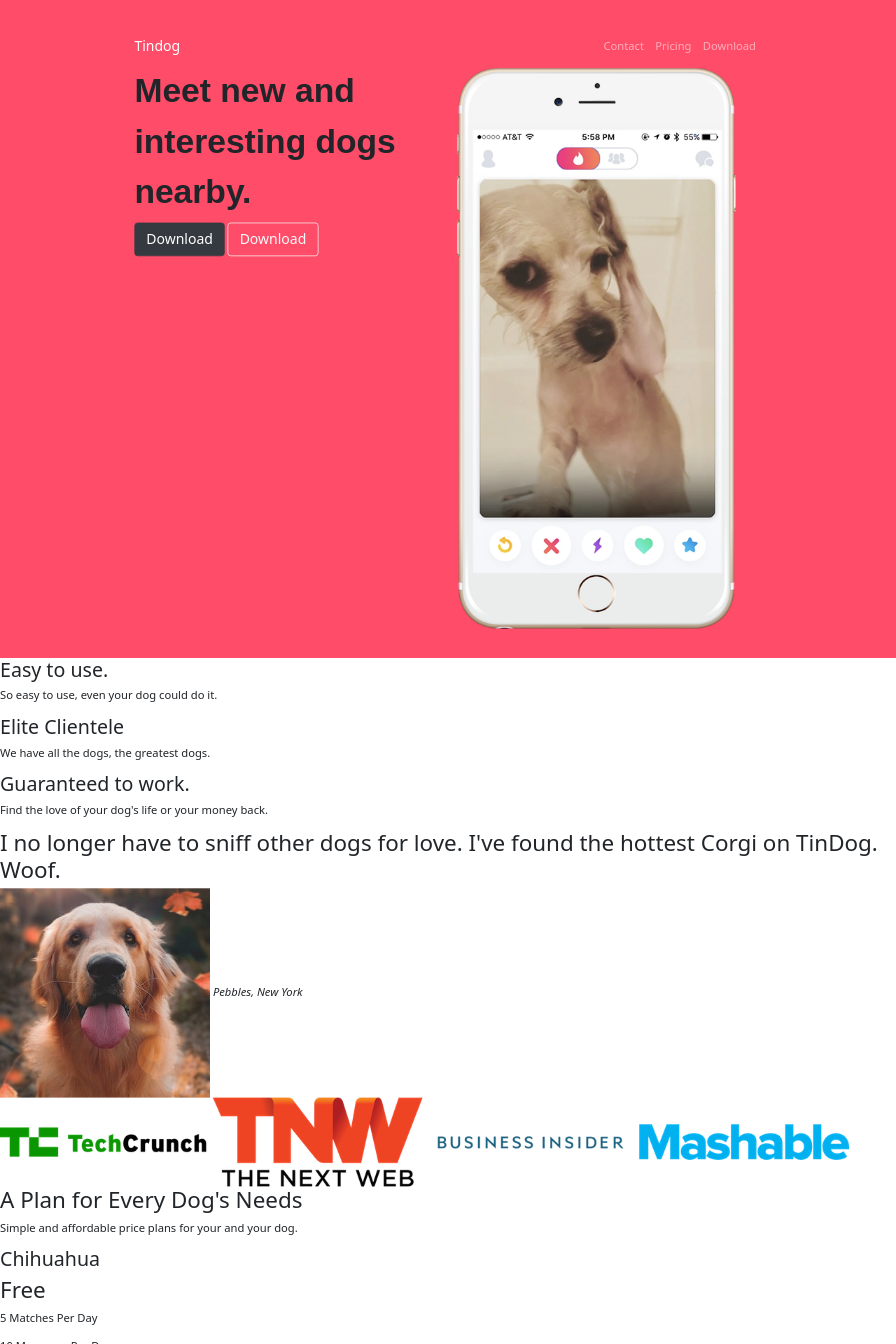
Repository: Mardoqueu/tindog
Page: index.html
An editor plug-in stored every save of this project. The page is shown before and after a run of saves, followed by the edit.
The browser window is 1280 px wide. The pictures show the part of the page from y = 0 to 1920 px (the page is 2647 px tall before and 2671 px after), at 70% of full size.

Above is the page before, as saved 2022-10-17 16:17:13.

### index.html
<!DOCTYPE html>
<html>

<head>
  <meta charset="utf-8">
  <title>TinDog</title>
  <link href="https://fonts.googleapis.com/css2?family=Montserrat&family=Ubuntu&display=swap" rel="stylesheet">
  <link href="https://fonts.googleapis.com/css2?family=Montserrat:wght@400;900&family=Ubuntu&display=swap" rel="stylesheet">
  <link rel="stylesheet" href="css/styles.css">
  <link rel="stylesheet" href="https://stackpath.bootstrapcdn.com/bootstrap/5.0.0-alpha1/css/bootstrap.min.css" integrity="sha384-r4NyP46KrjDleawBgD5tp8Y7UzmLA05oM1iAEQ17CSuDqnUK2+k9luXQOfXJCJ4I" crossorigin="anonymous">


  <script src="https://stackpath.bootstrapcdn.com/bootstrap/5.0.0-alpha1/js/bootstrap.min.js" integrity="sha384-oesi62hOLfzrys4LxRF63OJCXdXDipiYWBnvTl9Y9/TRlw5xlKIEHpNyvvDShgf/" crossorigin="anonymous"></script>
  <script src="https://cdn.jsdelivr.net/npm/popper.js@1.16.0/dist/umd/popper.min.js" integrity="sha384-Q6E9RHvbIyZFJoft+2mJbHaEWldlvI9IOYy5n3zV9zzTtmI3UksdQRVvoxMfooAo" crossorigin="anonymous"></script>
  <link rel="stylesheet" href="css/styles.css">
</head>

<body>
  <section id="title">
    <div class="container-fluid">


    <!-- Nav Bar -->
    <nav class="navbar navbar-expand-lg navbar-dark">
      <a class="navbar-brand" href="">Tindog</a>
       <button class="navbar-toggler" type="button" data-toggle="collapse" data-target="#navbarSupportedContent" aria-controls="navbarSupportedContent" aria-expanded="false" aria-label="Toggle navigation">
      <span class="navbar-toggler-icon"></span>
    </button>
    <div class="collapse navbar-collapse" id="navbarSupportedContent">
      <ul class="navbar-nav ml-auto">
          <li class="nav-item">
              <a class="nav-link" href="">Contact</a>
          </li>
          <li class="nav-item">
              <a class="nav-link" href="">Pricing</a>
          </li>
          <li class="nav-item">
              <a class="nav-link" href="">Download</a>
          </li>
      </ul>
   </div>
  </nav>


    <!-- Title -->

    <div class="row">

      <div class="col-lg-6">
        <h1>Meet new and interesting dogs nearby.</h1>
        <button type="button" class="btn btn-dark btn-lg"> <i class="fa-brands fa-apple"></i> Download</button>
        <button type="button" class="btn btn-outline-light btn-lg" >Download</button>
      </div>
      <div class="col-lg-6">
        <img src="images/iphone6.png" alt="iphone-mockup">
      </div>
    </div>
  </div>

  </section>


  <!-- Features -->

  <section id="features">

    <h3>Easy to use.</h3>
    <p>So easy to use, even your dog could do it.</p>

    <h3>Elite Clientele</h3>
    <p>We have all the dogs, the greatest dogs.</p>

    <h3>Guaranteed to work.</h3>
    <p>Find the love of your dog's life or your money back.</p>

  </section>


  <!-- Testimonials -->

  <section id="testimonials">

    <h2>I no longer have to sniff other dogs for love. I've found the hottest Corgi on TinDog. Woof.</h2>
    <img src="images/dog-img.jpg" alt="dog-profile">
    <em>Pebbles, New York</em>

    <!-- <h2 class="testimonial-text">My dog used to be so lonely, but with TinDog's help, they've found the love of their life. I think.</h2>
    <img class="testimonial-image" src="images/lady-img.jpg" alt="lady-profile">
    <em>Beverly, Illinois</em> -->

  </section>


  <!-- Press -->

  <section id="press">
    <img src="images/techcrunch.png" alt="tc-logo">
    <img src="images/tnw.png" alt="tnw-logo">
    <img src="images/bizinsider.png" alt="biz-insider-logo">
    <img src="images/mashable.png" alt="mashable-logo">

  </section>


  <!-- Pricing -->

  <section id="pricing">

    <h2>A Plan for Every Dog's Needs</h2>
    <p>Simple and affordable price plans for your and your dog.</p>


    <h3>Chihuahua</h3>
    <h2>Free</h2>
    <p>5 Matches Per Day</p>
    <p>10 Messages Per Day</p>
    <p>Unlimited App Usage</p>
    <button type="button">Sign Up</button>


    <h3>Labrador</h3>
    <h2>$49 / mo</h2>
    <p>Unlimited Matches</p>
    <p>Unlimited Messages</p>
    <p>Unlimited App Usage</p>
    <button type="button">Sign Up</button>


    <h3>Mastiff</h3>
    <h2>$99 / mo</h2>
    <p>Pirority Listing</p>
    <p>Unlimited Matches</p>
    <p>Unlimited Messages</p>
    <p>Unlimited App Usage</p>
    <button type="button">Sign Up</button>

  </section>


  <!-- Call to Action -->

  <section id="cta">

    <h3>Find the True Love of Your Dog's Life Today.</h3>
    <button type="button">Download</button>
    <button type="button">Download</button>

  </section>


  <!-- Footer -->

  <footer id="footer">

    <p>© Copyright TinDog</p>

  </footer>


</body>

</html>

### css/styles.css
#title{
    background-color: #ff4c68;
}
.container-fluid{
    padding: 3% 15%;

}

h1 {
    font-family: 'Montserrat-Black', sans-serif;
    font-size: 3rem;
    line-height: 1.5;
    font-weight: 900;
}

After the next 5 saves:
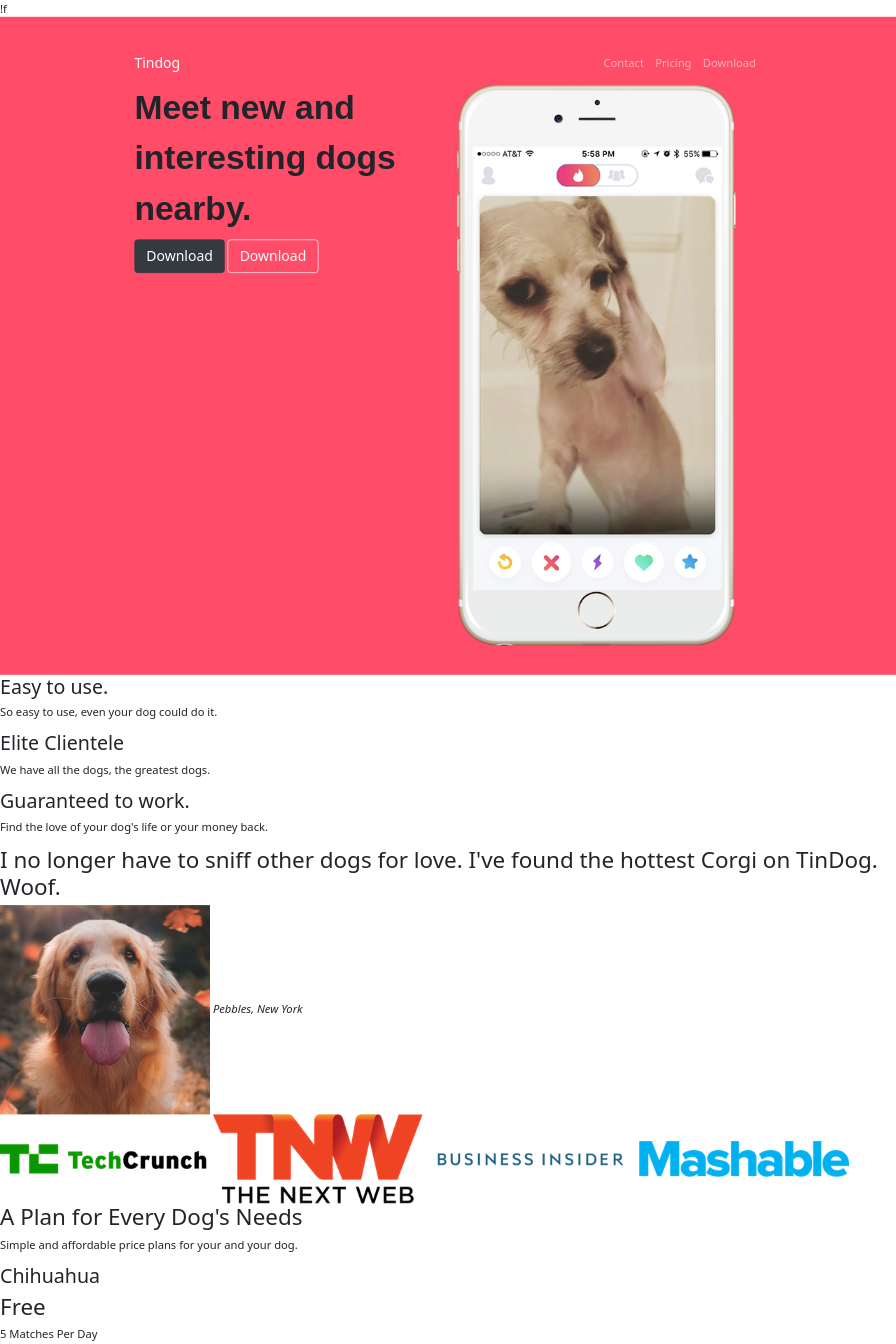
The 5 saves are shown as one change because they came seconds apart.
The last was saved 98 s later.
--- a/index.html
+++ b/index.html
@@ -8,7 +8,7 @@
   <link href="https://fonts.googleapis.com/css2?family=Montserrat:wght@400;900&family=Ubuntu&display=swap" rel="stylesheet">
   <link rel="stylesheet" href="css/styles.css">
   <link rel="stylesheet" href="https://stackpath.bootstrapcdn.com/bootstrap/5.0.0-alpha1/css/bootstrap.min.css" integrity="sha384-r4NyP46KrjDleawBgD5tp8Y7UzmLA05oM1iAEQ17CSuDqnUK2+k9luXQOfXJCJ4I" crossorigin="anonymous">
-
+  !f
 
   <script src="https://stackpath.bootstrapcdn.com/bootstrap/5.0.0-alpha1/js/bootstrap.min.js" integrity="sha384-oesi62hOLfzrys4LxRF63OJCXdXDipiYWBnvTl9Y9/TRlw5xlKIEHpNyvvDShgf/" crossorigin="anonymous"></script>
   <script src="https://cdn.jsdelivr.net/npm/popper.js@1.16.0/dist/umd/popper.min.js" integrity="sha384-Q6E9RHvbIyZFJoft+2mJbHaEWldlvI9IOYy5n3zV9zzTtmI3UksdQRVvoxMfooAo" crossorigin="anonymous"></script>
